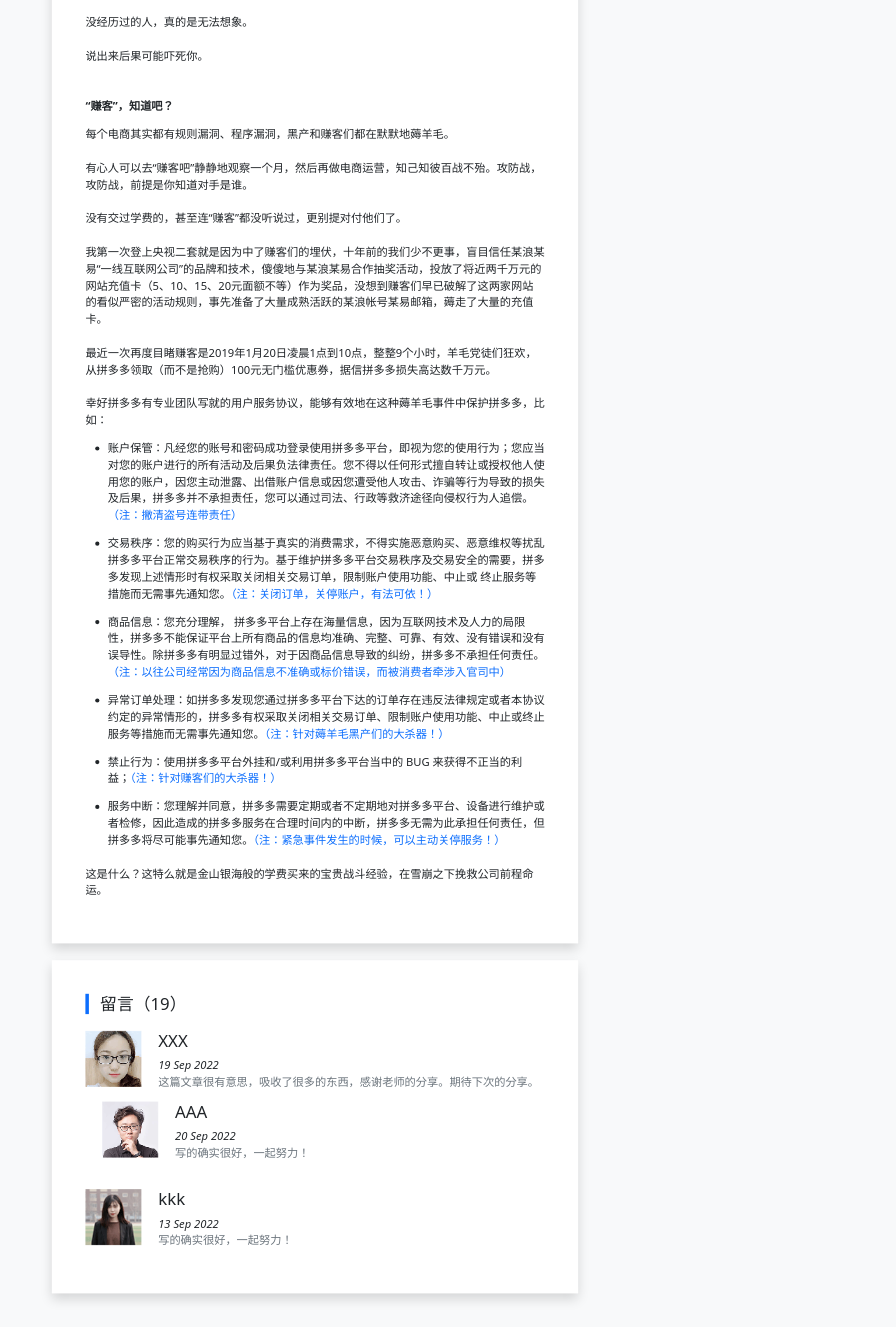
Repository: herjuandlonely/github.io
Page: index-blog.html
The author's editor kept a copy of each file at every save. The page is drawn from the files as they stood at one save, then again after the next save.
The browser window is 1280 px wide. The pictures show the part of the page from y = 1474 to 3394 px (the page is 3370 px tall before and 3394 px after), at 70% of full size.
Backgrounds fixed to the window are drawn as part of the page.

Above is the page before, as saved 2022-07-01 15:26:27.

After the next save:
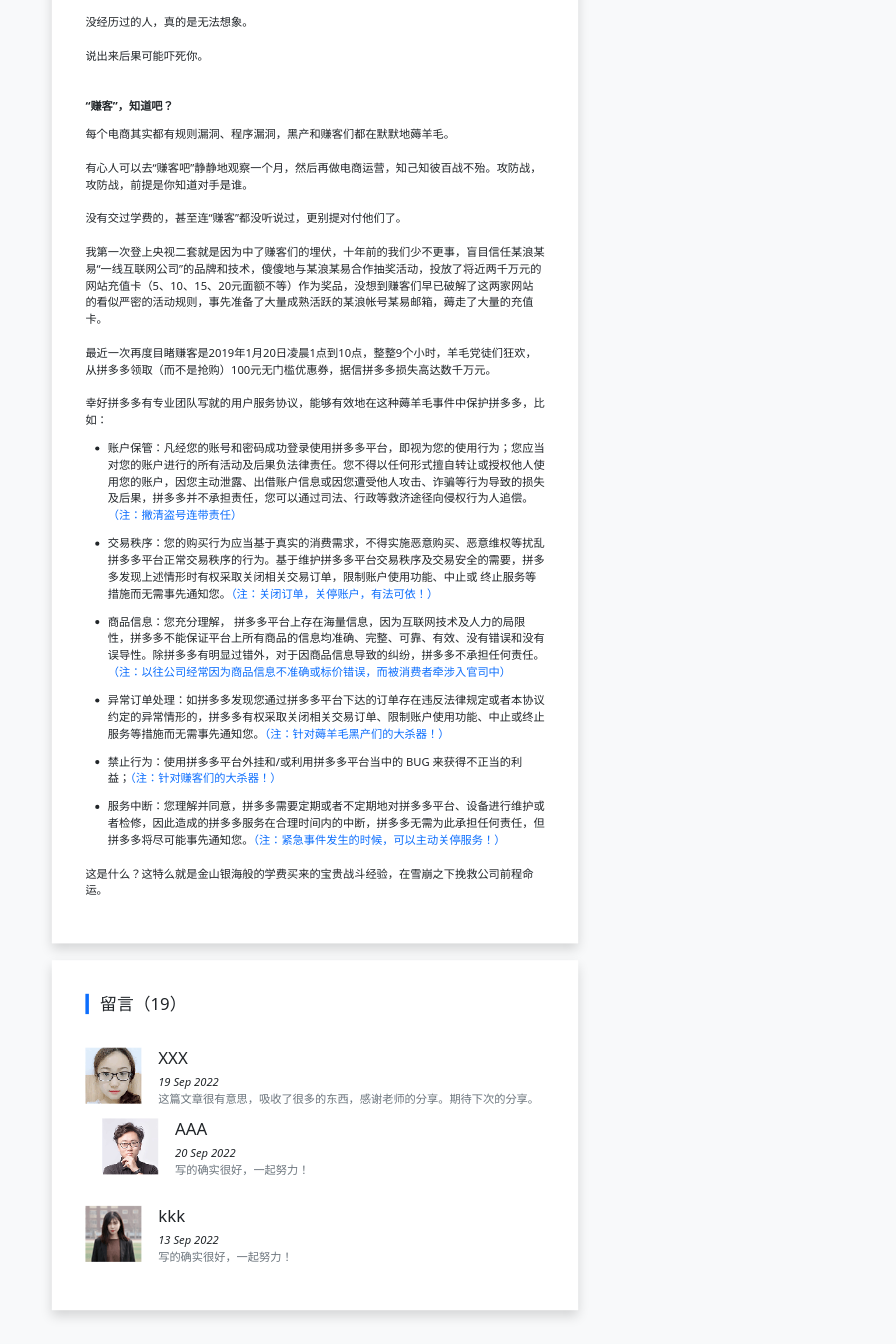
Saved 36 s later.
--- a/index-blog.html
+++ b/index-blog.html
@@ -142,7 +142,7 @@
                 <!-- 评论 -->
                 <div class="shadow bg-white p-5">
                     <h4 class=" border-start border-5 border-primary ps-3">留言（19）</h4>
-                    <div class="d-flex mt-4">
+                    <div class="d-flex mt-5">
                         <img src="./image/zm.gif" style="height: 80px;" />
                         <div class="ms-4 w-auto">
                             <h4>XXX</h4>
